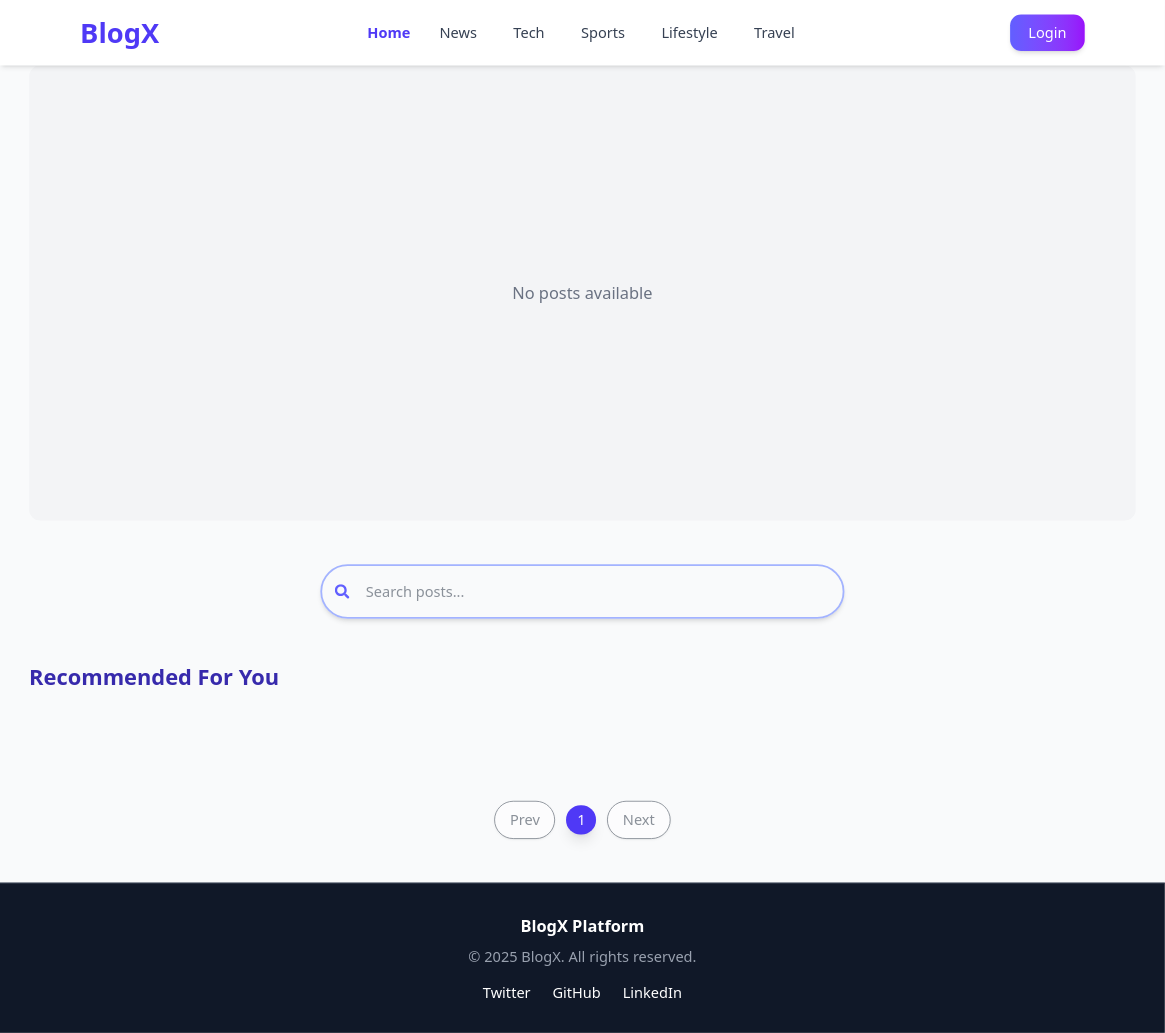
Repository: kundanchouhan12/BlogX
Page: / (app in blogx-Frontend/)
These files come from the project's save history. The page is drawn as it stood at one moment and after the next save; the edit follows.
The browser window is 1280 px wide. The pictures show the whole page, at 91% of full size.
The page's requests for data from a server got no answer. The project was rebuilt for these pictures with package versions that can differ from the ones it lists, and the page was loaded fresh each time. No one was signed in, and anything a server would have sent is missing. Also part of the build but not shown: blogx-Frontend/vite.config.js, blogx-Frontend/src/pages/Login.jsx, blogx-Frontend/src/pages/Signup.jsx, blogx-Frontend/src/pages/CreatePost.jsx, blogx-Frontend/src/components/PrivateRoute.jsx, blogx-Frontend/src/pages/BlogDetails.css, blogx-Frontend/src/pages/BlogDetails.jsx, blogx-Frontend/src/components/UpdatePost.jsx.

Above is the page before, as saved 2025-09-23 19:46:28.

### blogx-Frontend/src/main.jsx
// src/main.jsx
import ReactDOM from "react-dom/client";
import { BrowserRouter } from "react-router-dom";
import App from "./App";
import { AuthProvider } from "./context/AuthContext";
import { PostsProvider } from "./context/PostsContext";
import "./index.css"; // Ensure this exists

ReactDOM.createRoot(document.getElementById("root")).render(
    <BrowserRouter>
      <AuthProvider>
        <PostsProvider>
          <App />
        </PostsProvider>
      </AuthProvider>
    </BrowserRouter>
);

### blogx-Frontend/src/App.jsx
import { Routes, Route, Navigate } from "react-router-dom";
import Navbar from "./components/Navbar";
import Home from "./pages/Home";
import Login from "./pages/Login";
import Signup from "./pages/Signup";
import CreatePost from "./pages/CreatePost";
import PrivateRoute from "./components/PrivateRoute";
import BlogDetails from "./pages/BlogDetails";
import UpdatePost from "./components/UpdatePost";

export default function App() {
  return (
    <div className="min-h-screen flex flex-col">
      {/* Navbar har page par show hoga */}
      <Navbar />

      {/* Routes */}
      <div className="flex-grow">
        <Routes>
          <Route path="/" element={<Home />} />
          <Route path="/login" element={<Login />} />
          <Route path="/signup" element={<Signup />} />

          {/* Create Post */}
          <Route
            path="/create-post"
            element={
              <PrivateRoute>
                <CreatePost />
              </PrivateRoute>
            }
          />
          {/* Optional alias redirect: /create → /create-post */}
          <Route path="/create" element={<Navigate to="/create-post" />} />

          {/* Update Post */}
          <Route
            path="/update-post/:id"
            element={
              <PrivateRoute>
                <UpdatePost />
              </PrivateRoute>
            }
          />

          {/* Blog Details */}
          <Route
            path="/posts/:id"
            element={
              <PrivateRoute>
                <BlogDetails />
              </PrivateRoute>
            }
          />
        </Routes>
      </div>
    </div>
  );
}

### blogx-Frontend/src/context/AuthContext.jsx
import { createContext, useContext, useState } from "react";
import { useNavigate } from "react-router-dom";
import axios from "axios";

const API_URL = import.meta.env.VITE_BACKEND_URL;

const AuthContext = createContext();

export function AuthProvider({ children }) {
  const navigate = useNavigate();
  const [user, setUser] = useState(() => {
    const saved = localStorage.getItem("user");
    try {
      return saved ? JSON.parse(saved) : null;
    } catch {
      localStorage.removeItem("user");
      return null;
    }
  });
  const [token, setToken] = useState(() => localStorage.getItem("token") || null);

  const login = (userData, jwtToken) => {
      console.log("Logging in token:", jwtToken); // debug
    setUser(userData);
    setToken(jwtToken);
    localStorage.setItem("user", JSON.stringify(userData));
    localStorage.setItem("token", jwtToken);
    navigate("/");
  };

  const logout = () => {
    setUser(null);
    setToken(null);
    localStorage.removeItem("user");
    localStorage.removeItem("token");
    navigate("/login");
  };

  const signup = async (userData) => {
    try {
      const res = await axios.post(`${API_URL}/api/auth/signup`, userData);
      const { user, token } = res.data;
      setUser(user);
      setToken(token);
      localStorage.setItem("user", JSON.stringify(user));
      localStorage.setItem("token", token);
      navigate("/login");
    } catch (err) {
      console.error("Signup error:", err.response?.data || err.message);
      throw err;
    }
  };

  return (
    <AuthContext.Provider value={{ user, token, login, logout, signup, API_URL }}>
      {children}
    </AuthContext.Provider>
  );
}

export const useAuth = () => useContext(AuthContext);

### blogx-Frontend/src/context/PostsContext.jsx
import { createContext, useContext, useState, useEffect } from "react";
import axios from "axios";
import { useAuth } from "./AuthContext";

const PostsContext = createContext();

export function PostsProvider({ children }) {
  const { token, API_URL, user } = useAuth();
  const [posts, setPosts] = useState([]);
  const [loading, setLoading] = useState(false);

  // Fetch all posts (latest-first)
  const fetchPosts = async () => {
    setLoading(true);
    try {
      const res = await axios.get(`${API_URL}/api/posts`, {
        headers: token ? { Authorization: `Bearer ${token}` } : {},
      });

      const allPosts = (Array.isArray(res.data) ? res.data : []).map((p) => ({
        ...p,
        createdAt: p.createdAt || new Date().toISOString(),
        username: p.username || "Anonymous",
      }));

      // Sort by latest first
      allPosts.sort((a, b) => new Date(b.createdAt) - new Date(a.createdAt));
      setPosts(allPosts);
    } catch (err) {
      console.error("fetchPosts error:", err.response?.data || err.message);
      setPosts([]);
    } finally {
      setLoading(false);
    }
  };

  // Create post and refresh posts list
  const createPost = async (formData) => {
    if (!token) throw new Error("You must be logged in to create a post");

    try {
      const res = await axios.post(`${API_URL}/api/posts`, formData, {
        headers: { Authorization: `Bearer ${token}` },
      });

      const newPost = {
        ...res.data,
        createdAt: res.data.createdAt || new Date().toISOString(),
        username: res.data.username || user?.name || "Anonymous",
      };

      // Add new post at top
      setPosts((prev) => [newPost, ...prev]);

      // Optional: fetch all posts to sync backend (in case multiple users)
      // await fetchPosts();

      return newPost;
    } catch (err) {
      console.error("createPost error:", err.response?.data || err.message);
      throw err;
    }
  };

  // Update post
  const updatePost = async (id, formData) => {
    try {
      const res = await axios.put(`${API_URL}/api/posts/${id}`, formData, {
        headers: { Authorization: `Bearer ${token}` },
      });
      setPosts((prev) =>
        prev.map((p) => (p.id === id ? { ...p, ...res.data } : p))
      );
    } catch (err) {
      console.error("updatePost error:", err.response?.data || err.message);
    }
  };

  // Delete post
  const deletePost = async (id) => {
    try {
      await axios.delete(`${API_URL}/api/posts/${id}`, {
        headers: { Authorization: `Bearer ${token}` },
      });
      setPosts((prev) => prev.filter((p) => p.id !== id));
    } catch (err) {
      console.error("deletePost error:", err.response?.data || err.message);
    }
  };

  // Fetch posts on token change / login
  useEffect(() => {
    fetchPosts();
  }, [token]);

  return (
    <PostsContext.Provider
      value={{ posts, loading, fetchPosts, createPost, updatePost, deletePost }}
    >
      {children}
    </PostsContext.Provider>
  );
}

export const usePosts = () => useContext(PostsContext);

### blogx-Frontend/src/index.css
@tailwind base;
@tailwind components;
@tailwind utilities;

body {
  @apply bg-gray-100 text-gray-800;
}
@import "tailwindcss";

### blogx-Frontend/src/pages/Home.jsx
import { useEffect, useState } from "react";
import { useAuth } from "../context/AuthContext";
import { usePosts } from "../context/PostsContext";
import { Link } from "react-router-dom";
import { FaArrowRight, FaFeatherAlt, FaSearch } from "react-icons/fa";
import Footer from "../components/Footer";
import axios from "axios";

export default function Home() {
  const { posts, fetchPosts } = usePosts();
  const { user, API_URL, token } = useAuth();

  const [search, setSearch] = useState("");
  const [currentPage, setCurrentPage] = useState(1);
  const postsPerPage = 6;

  const [users, setUsers] = useState([]);
  const [topAuthors, setTopAuthors] = useState([]);

  // Fetch users from backend
  const fetchUsers = async () => {
    try {
      const res = await axios.get(`${API_URL}/api/users`, {
        headers: token ? { Authorization: `Bearer ${token}` } : {},
      });
      setUsers(res.data || []);
    } catch (err) {
      console.error("fetchUsers error:", err.response?.data || err.message);
      setUsers([]);
    }
  };

  // Top authors logic
  useEffect(() => {
    if (!users.length || !posts.length) return;
    const authorPostCount = users.map((u) => {
      const count = posts.filter((p) => p.username === u.name).length;
      return { ...u, postCount: count };
    });
    const sortedAuthors = authorPostCount
      .sort((a, b) => b.postCount - a.postCount)
      .slice(0, 5);
    setTopAuthors(sortedAuthors);
  }, [users, posts]);

  // Refresh posts and users periodically
  useEffect(() => {
    fetchPosts();
    fetchUsers();
    const interval = setInterval(() => {
      fetchPosts();
      fetchUsers();
    }, 30000);
    return () => clearInterval(interval);
  }, [fetchPosts]);

  // Filter posts by search
  const filteredPosts = posts.filter((p) =>
    [p.title, p.content, p.username].some((field) =>
      field?.toLowerCase().includes(search.toLowerCase())
    )
  );

  // Pagination
  const totalPages = Math.ceil(filteredPosts.length / postsPerPage) || 1;
  const startIndex = (currentPage - 1) * postsPerPage;
  const displayedPosts = [...filteredPosts]
    .sort((a, b) => new Date(b.createdAt) - new Date(a.createdAt))
    .slice(startIndex, startIndex + postsPerPage);

  const handlePageClick = (page) => setCurrentPage(page);
  const handleNext = () => setCurrentPage((prev) => Math.min(prev + 1, totalPages));
  const handlePrev = () => setCurrentPage((prev) => Math.max(prev - 1, 1));

  // Slider: latest 5 posts with images
  const sliderPosts = [...posts]
    .filter((p) => p.imageUrl)
    .sort((a, b) => new Date(b.createdAt) - new Date(a.createdAt))
    .slice(0, 5);

  // Recommended posts
  const recommendedPosts = [...posts]
    .sort((a, b) => new Date(b.createdAt) - new Date(a.createdAt))
    .slice(0, 8);

  function HeroSlider({ posts }) {
    const [current, setCurrent] = useState(0);

    useEffect(() => {
      if (!posts.length) return;
      const interval = setInterval(
        () => setCurrent((prev) => (prev + 1) % posts.length),
        5000
      );
      return () => clearInterval(interval);
    }, [posts]);

    if (!posts.length)
      return (
        <div className="h-[300px] sm:h-[400px] md:h-[500px] flex items-center justify-center bg-gray-100 rounded-xl mx-4 sm:mx-6 md:mx-8">
          <p className="text-gray-500 text-lg">No posts available</p>
        </div>
      );

    const post = posts[current];

    return (
      <div className="relative w-full h-[300px] sm:h-[400px] md:h-[500px] overflow-hidden rounded-xl shadow-2xl transition-all duration-700 ease-in-out mx-4 sm:mx-6 md:mx-8">
        <img
          src={post.imageUrl}
          alt={post.title}
          className="absolute inset-0 w-full h-full object-cover scale-105 blur-sm"
        />
        <div className="absolute inset-0 bg-gradient-to-t from-black via-black/60 to-transparent" />
        <div className="relative z-10 flex flex-col justify-center h-full max-w-6xl mx-auto px-4 sm:px-6 text-white text-center sm:text-left">
          <span className="bg-indigo-600 px-4 py-1 rounded-full text-sm font-semibold w-fit mb-4 shadow-md mx-auto sm:mx-0">
            {post.username || user?.name || "Anonymous"}
          </span>
          <h1 className="text-3xl sm:text-4xl md:text-5xl font-extrabold leading-tight drop-shadow-xl">
            {post.title}
          </h1>
          <p className="mt-4 text-base sm:text-lg text-indigo-100 max-w-2xl mx-auto sm:mx-0 line-clamp-3">
            {post.content}
          </p>
          <Link
            to={`/posts/${post.id}`}
            className="mt-6 inline-flex items-center gap-2 bg-white text-indigo-700 font-bold px-6 py-3 rounded-full shadow-lg hover:scale-105 hover:bg-indigo-100 transition-transform mx-auto sm:mx-0"
          >
            Read Full Story <FaArrowRight />
          </Link>
        </div>
      </div>
    );
  }

  return (
    <div className="flex flex-col min-h-screen bg-gray-50 font-sans">
      <main className="flex-grow pb-12">
        <HeroSlider posts={sliderPosts} />

        <div className="max-w-7xl mx-auto px-4 sm:px-6 lg:px-8 w-full mt-12">
          {/* Search Bar */}
          <div className="flex justify-center mb-6">
            <div className="relative w-full max-w-xl">
              <input
                type="text"
                placeholder="Search posts..."
                value={search}
                onChange={(e) => {
                  setSearch(e.target.value);
                  setCurrentPage(1);
                }}
                className="w-full p-4 pl-12 border-2 border-indigo-300 rounded-full shadow-md focus:outline-none focus:ring-4 focus:ring-indigo-400 transition"
              />
              <FaSearch className="absolute left-4 top-1/2 transform -translate-y-1/2 text-indigo-500" />
            </div>
          </div>

          {/* Recommended For You Section */}
          <div className="mt-12">
            <h2 className="text-2xl font-bold text-indigo-800 mb-6">Recommended For You</h2>

            <div className="grid grid-cols-1 sm:grid-cols-2 md:grid-cols-3 lg:grid-cols-5 gap-6 overflow-x-auto pb-4">
              {recommendedPosts.map((post) => (
                <div
                  key={post.id}
                  className="bg-white rounded-xl shadow-md hover:shadow-lg transition-all duration-300 flex flex-col w-full max-w-xs mx-auto"
                >
                  <img
                    src={post.imageUrl || "https://via.placeholder.com/400x200"}
                    alt={post.title}
                    className="w-full h-40 object-cover rounded-t-xl"
                  />
                  <div className="p-4 flex flex-col justify-between flex-grow">
                    <h3 className="text-indigo-800 font-semibold text-base line-clamp-2">
                      {post.title}
                    </h3>
                    <p className="text-gray-600 text-sm mt-1 line-clamp-3">{post.content}</p>
                    <div className="flex justify-between items-center mt-3 text-gray-500 text-sm">
                      <span>By {post.username || user?.name || "Anonymous"}</span>
                      <Link
                        to={`/posts/${post.id}`}
                        className="text-indigo-600 font-semibold hover:underline flex items-center gap-1 text-sm"
                      >
                        Read <FaArrowRight />
                      </Link>
                    </div>
                  </div>
                </div>
              ))}
            </div>
          </div>

          {/* Posts Grid */}
          <div className="grid grid-cols-1 sm:grid-cols-2 lg:grid-cols-3 gap-6 sm:gap-8 mt-12">
            {displayedPosts.map((post) => (
              <div
                key={post.id}
                className="bg-white rounded-2xl shadow-lg hover:shadow-2xl hover:-translate-y-1 hover:bg-gradient-to-br hover:from-indigo-50 hover:to-white transition-all duration-300 overflow-hidden flex flex-col"
              >
                <img
                  src={post.imageUrl || "https://via.placeholder.com/400x200"}
                  alt={post.title}
                  className="w-full h-40 sm:h-48 md:h-56 object-cover"
                />
                <div className="p-4 flex flex-col justify-between flex-grow">
                  <div>
                    <h2 className="text-lg font-bold text-indigo-800 hover:underline transition line-clamp-2">
                      {post.title}
                    </h2>
                    <p className="text-gray-600 mt-2 text-sm line-clamp-3">{post.content}</p>
                  </div>
                  <div className="flex justify-between items-center mt-4">
                    <div className="flex items-center text-gray-500 text-sm">
                      <FaFeatherAlt className="mr-2 text-indigo-500" />
                      <span>By {post.username || user?.name || "Anonymous"}</span>
                    </div>
                    <Link
                      to={`/posts/${post.id}`}
                      className="text-indigo-600 font-semibold hover:underline flex items-center gap-1 text-sm"
                    >
                      Read More <FaArrowRight />
                    </Link>
                  </div>
                </div>
              </div>
            ))}
          </div>

          {/* Pagination */}
          <div className="flex items-center justify-center gap-3 mt-8">
            <button
              onClick={handlePrev}
              className="px-4 py-2 bg-white border rounded-full shadow-sm hover:shadow-md transition disabled:opacity-50"
              disabled={currentPage === 1}
            >
              Prev
            </button>

            <div className="flex items-center gap-2">
              {Array.from({ length: totalPages }).map((_, i) => {
                const page = i + 1;
                return (
                  <button
                    key={page}
                    onClick={() => handlePageClick(page)}
                    className={`px-3 py-1 rounded-full transition ${
                      page === currentPage
                        ? "bg-indigo-600 text-white shadow-lg"
                        : "bg-white border text-gray-700 hover:bg-indigo-50"
                    }`}
                  >
                    {page}
                  </button>
                );
              })}
            </div>

            <button
              onClick={handleNext}
              className="px-4 py-2 bg-white border rounded-full shadow-sm hover:shadow-md transition disabled:opacity-50"
              disabled={currentPage === totalPages}
            >
              Next
            </button>
          </div>

          {/* Most Active Authors Section */}
          {topAuthors.length > 0 && (
            <div className="mt-16">
              <h2 className="text-2xl font-bold text-indigo-800 mb-6">Most Active Authors</h2>
              <div className="grid grid-cols-2 sm:grid-cols-3 lg:grid-cols-5 gap-6">
                {topAuthors.map((author) => (
                  <div
                    key={author.id}
                    className="bg-white rounded-xl shadow-md hover:shadow-lg transition p-4 flex flex-col items-center text-center"
                  >
                    <div className="h-12 w-12 rounded-full bg-indigo-100 flex items-center justify-center text-indigo-700 font-semibold mb-3">
                      {author.name?.[0]?.toUpperCase() || "A"}
                    </div>
                    <span className="text-indigo-700 font-semibold">{author.name}</span>
                    <span className="text-gray-500 text-sm mt-1">{author.postCount} posts</span>
                  </div>
                ))}
              </div>
            </div>
          )}
        </div>
      </main>

      <Footer />
    </div>
  );
}

### blogx-Frontend/src/components/Footer.jsx
export default function Footer() {
  return (
<footer className="bg-gray-900 text-white py-8 mt-auto border-t border-gray-700">
      <div className="max-w-7xl mx-auto px-4 sm:px-6 lg:px-8 text-center">
        <p className="text-lg font-semibold">BlogX Platform</p>
        <p className="mt-2 text-gray-400">
          © {new Date().getFullYear()} BlogX. All rights reserved.
        </p>
        <div className="flex justify-center gap-6 mt-4">
          <a
            href="https://twitter.com"
            target="_blank"
            rel="noreferrer"
            className="hover:text-indigo-400"
          >
            Twitter
          </a>
          <a
            href="https://github.com"
            target="_blank"
            rel="noreferrer"
            className="hover:text-indigo-400"
          >
            GitHub
          </a>
          <a
            href="https://linkedin.com"
            target="_blank"
            rel="noreferrer"
            className="hover:text-indigo-400"
          >
            LinkedIn
          </a>
        </div>
      </div>
    </footer>
  );
}

Loaded but not shown: blogx-Frontend/index.html (common file); blogx-Frontend/src/components/Navbar.jsx (156 lines, source omitted)

After the next save:
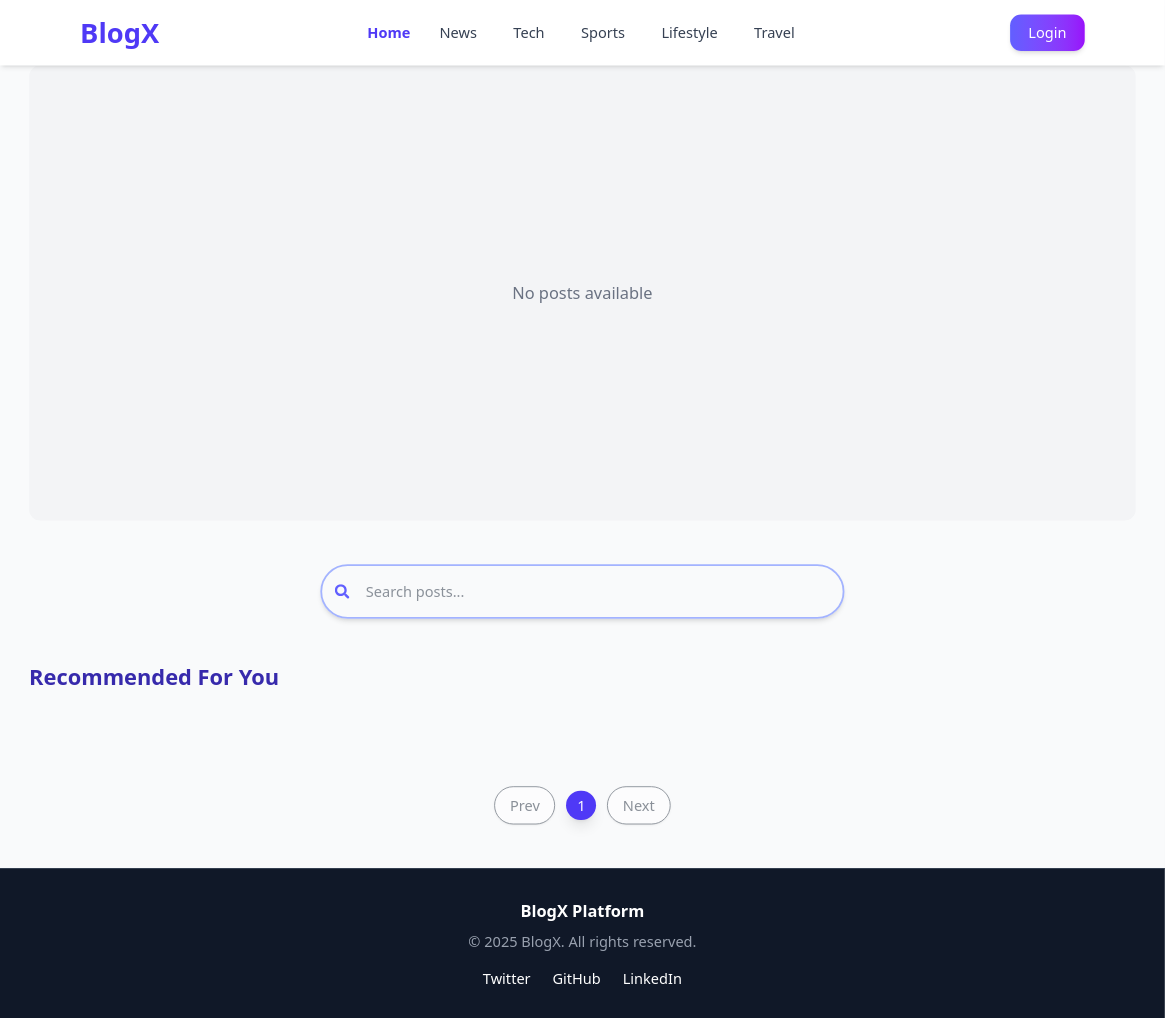
Saved 8 min 15 s later.
--- a/blogx-Frontend/src/pages/Home.jsx
+++ b/blogx-Frontend/src/pages/Home.jsx
@@ -78,7 +78,7 @@ export default function Home() {
     .sort((a, b) => new Date(b.createdAt) - new Date(a.createdAt))
     .slice(0, 5);
 
-  // Recommended posts
+  // Recommended posts (temporary same as homepage)
   const recommendedPosts = [...posts]
     .sort((a, b) => new Date(b.createdAt) - new Date(a.createdAt))
     .slice(0, 8);
@@ -160,16 +160,16 @@ export default function Home() {
           <div className="mt-12">
             <h2 className="text-2xl font-bold text-indigo-800 mb-6">Recommended For You</h2>
 
-            <div className="grid grid-cols-1 sm:grid-cols-2 md:grid-cols-3 lg:grid-cols-5 gap-6 overflow-x-auto pb-4">
+            <div className="grid grid-cols-1 sm:grid-cols-2 md:grid-cols-3 lg:grid-cols-4 xl:grid-cols-5 gap-6">
               {recommendedPosts.map((post) => (
                 <div
                   key={post.id}
-                  className="bg-white rounded-xl shadow-md hover:shadow-lg transition-all duration-300 flex flex-col w-full max-w-xs mx-auto"
+                  className="bg-white rounded-2xl shadow-lg hover:shadow-2xl transition-all duration-300 flex flex-col"
                 >
                   <img
                     src={post.imageUrl || "https://via.placeholder.com/400x200"}
                     alt={post.title}
-                    className="w-full h-40 object-cover rounded-t-xl"
+                    className="w-full h-40 sm:h-48 md:h-52 lg:h-56 object-cover rounded-t-2xl"
                   />
                   <div className="p-4 flex flex-col justify-between flex-grow">
                     <h3 className="text-indigo-800 font-semibold text-base line-clamp-2">
@@ -191,7 +191,7 @@ export default function Home() {
             </div>
           </div>
 
-          {/* Posts Grid */}
+          {/* Main Posts Grid */}
           <div className="grid grid-cols-1 sm:grid-cols-2 lg:grid-cols-3 gap-6 sm:gap-8 mt-12">
             {displayedPosts.map((post) => (
               <div
